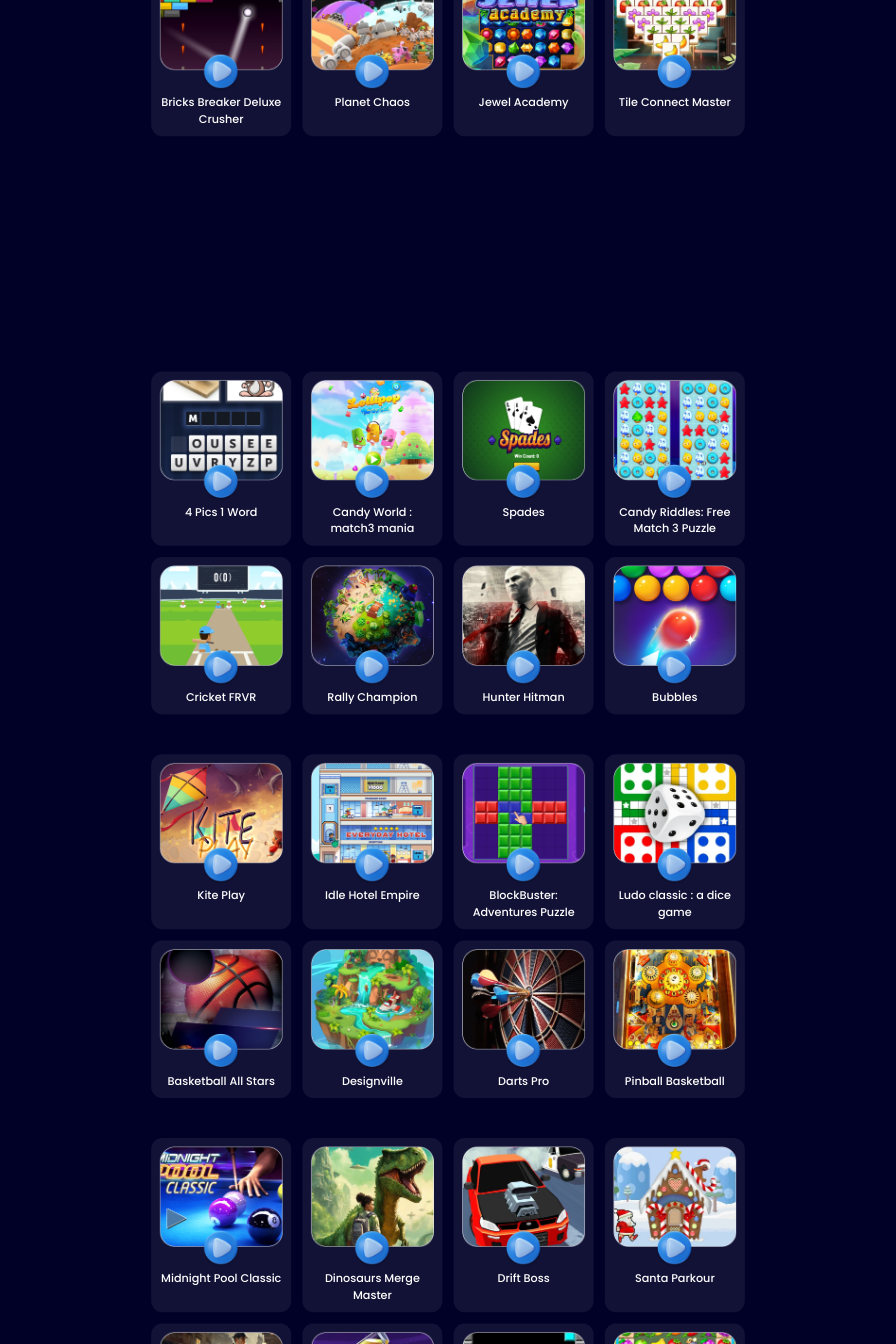
Repository: meenadabhii/jpygames.com
Page: http://localhost/
An editor plug-in stored every save of this project. The page is shown before and after the next save, followed by the edit.
The browser window is 1280 px wide. The pictures show the part of the page from y = 1522 to 3442 px (the page is 4208 px tall before and 3928 px after), at 70% of full size.
Some web libraries are served in a nearby version. The page is served by the project's Node server (nodejs/app.js).

Above is the page before, as saved 2025-02-07 14:57:17.
Console error: ReferenceError: googletag is not defined

After the next save:
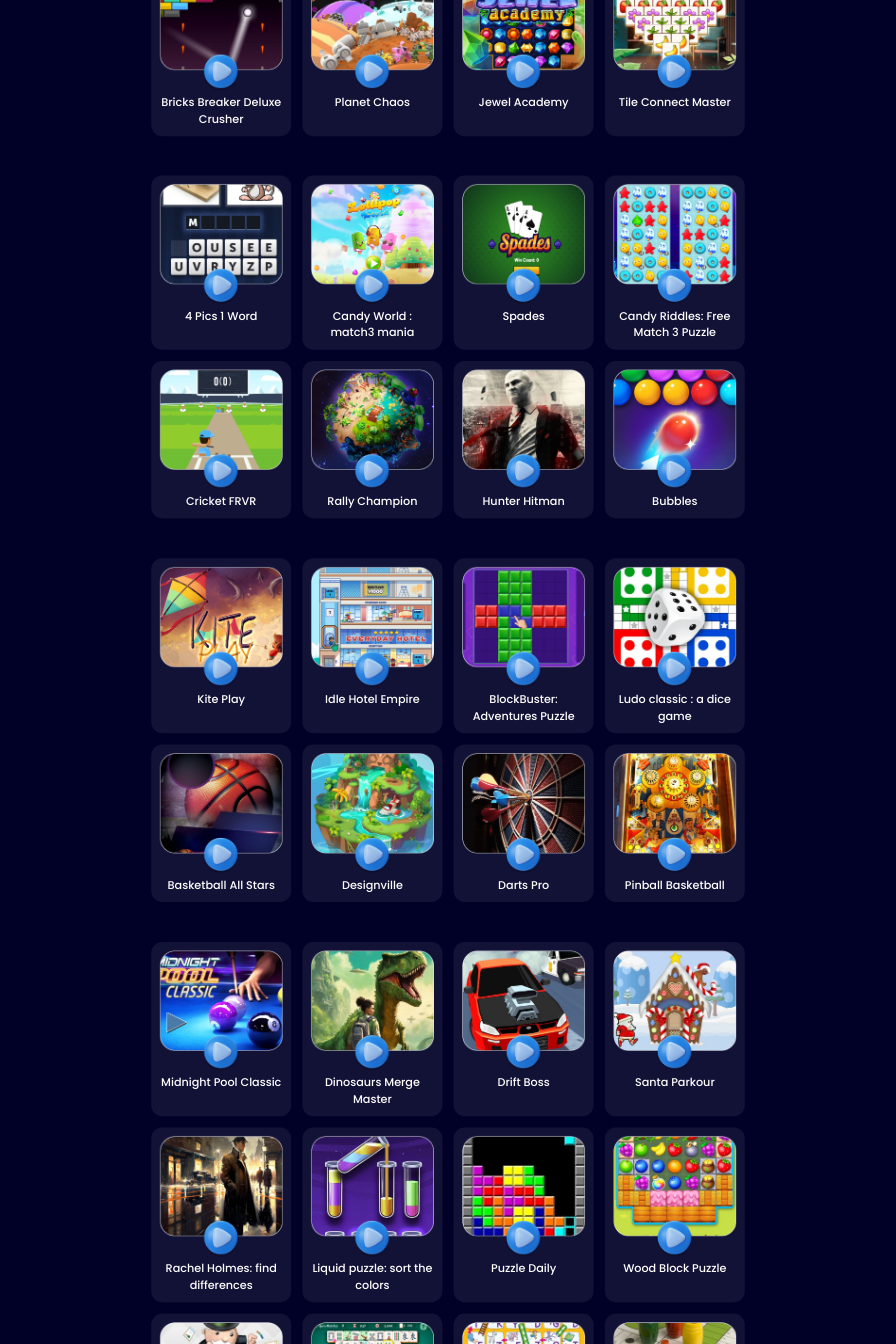
Saved 29 s later.
--- a/nodejs/views/home.ejs
+++ b/nodejs/views/home.ejs
@@ -47,7 +47,7 @@
                     if(i == 23){
                         %>
                         <div class="p-3 w-full">
-                            <div id='div-gpt-ad-1720714287596-0' style='min-width: 336px; min-height: 280px;'>
+                            <div id='div-gpt-ad-1720714287596-0' style='min-width: 336px;'>
                                 <script>
                                     googletag.cmd.push(function() { googletag.display('div-gpt-ad-1720714287596-0'); });
                                 </script>
